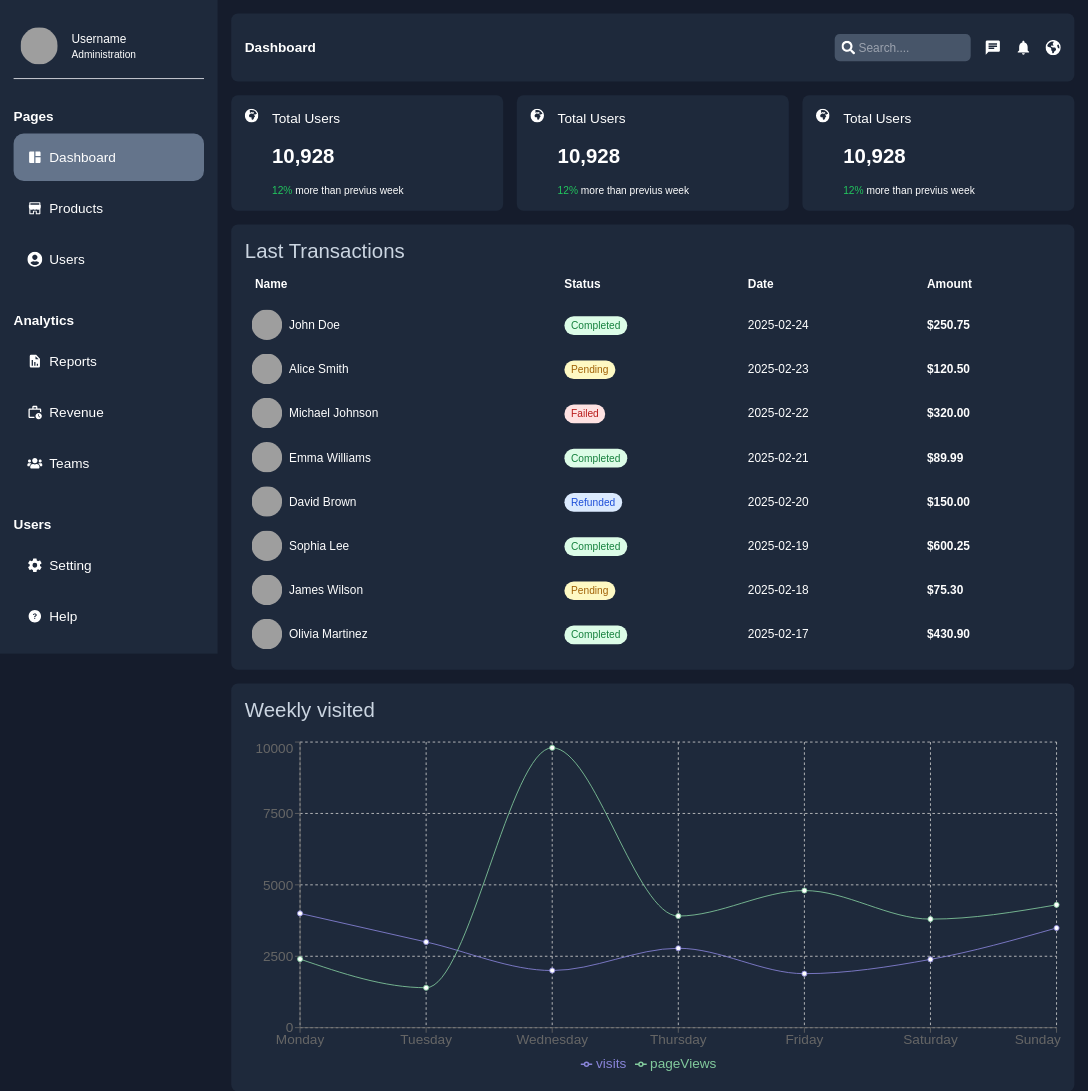
Repository: Than-sothearak/next-computer-admin
Page: /dashboard
These files come from the project's save history. The page is drawn as it stood at one moment and after the next save; the edit follows.
The browser window is 1280 px wide. The pictures show the whole page, at 85% of full size.
Pictures or frames that could not be fetched are drawn as grey boxes. The project was rebuilt for these pictures with package versions that can differ from the ones it lists, and the page was loaded fresh each time. The framework's server and built-in components were replaced by stand-ins that run in the browser. Also part of the build but not shown: next.config.mjs.

Above is the page before, as saved 2025-02-24 23:12:40.

### app/layout.js
import { Geist, Geist_Mono } from "next/font/google";
import "./globals.css";

const geistSans = Geist({
  variable: "--font-geist-sans",
  subsets: ["latin"],
});

const geistMono = Geist_Mono({
  variable: "--font-geist-mono",
  subsets: ["latin"],
});

export const metadata = {
  title: "Computer shop admin",
  description: "Computer shop admin",
};

export default function RootLayout({ children }) {
  return (
    <html lang="en">
      <body
        className={`${geistSans.variable} ${geistMono.variable} antialiased`}
      >
        {children}
      </body>
    </html>
  );
}

### app/dashboard/layout.js
import { Navbar } from "@/components/dashboard/navbar/navbar";
import { Sidebar } from "@/components/dashboard/sidebar/sidebar";

export default function DashboardLayout({ children }) {
  return (
    <div className="flex">
      <div className="">
        <Sidebar />
      </div>
      <div className="w-full mt-4 mx-4">
        <Navbar />
        <div>{children}</div>
      </div>
    </div>
  );
}

### app/dashboard/page.js
import LineChartComponent from "@/components/LineChartComponent";
import Chart from "@/components/LineChartComponent";
import { latestTransactions } from "@/data/lastTransactions";
import { FaEarthAfrica } from "react-icons/fa6";
const DashboardPage = () => {

  const statusColors = {
    Completed: "bg-green-100 text-green-700",
    Pending: "bg-yellow-100 text-yellow-700",
    Failed: "bg-red-100 text-red-700",
    Refunded: "bg-blue-100 text-blue-700",
  };
  return (
 <>
    <div className="mt-4 rounded-lg flex max-sm:flex-wrap gap-4">
      <div className="w-full justify-start items-start flex gap-4 p-4 bg-slate-800 rounded-lg ">
        <div><FaEarthAfrica /></div>
        <div className="flex flex-col gap-4">
          <h2>Total Users</h2>
          <h1 className="text-2xl font-bold">10,928</h1>
          <p className="text-green-500 text-xs">12% <span className="text-white">more than previus week</span></p>
        </div>
      </div>

      <div className="w-full justify-start items-start flex gap-4 p-4 bg-slate-800 rounded-lg ">
        <div><FaEarthAfrica /></div>
        <div className="flex flex-col gap-4">
          <h2>Total Users</h2>
          <h1 className="text-2xl font-bold">10,928</h1>
          <p className="text-green-500 text-xs">12% <span className="text-white">more than previus week</span></p>
        </div>
      </div>

      <div className="w-full justify-start items-start flex gap-4 p-4 bg-slate-800 rounded-lg ">
        <div><FaEarthAfrica /></div>
        <div className="flex flex-col gap-4">
          <h2>Total Users</h2>
          <h1 className="text-2xl font-bold">10,928</h1>
          <p className="text-green-500 text-xs">12% <span className="text-white">more than previus week</span></p>
        </div>
      </div>

    </div>

    <div className="mt-4 rounded-lg bg-slate-800 p-4">
      <h1 className="text-2xl text-slate-300">Last Transactions</h1>
      <div>
      <table className="w-full rounded-lg overflow-hidden">
        <thead className="text-sm">
          <tr>
            <th className="p-3 text-left">Name</th>
            <th className="p-3 text-left">Status</th>
            <th className="p-3 text-left">Date</th>
            <th className="p-3 text-left">Amount</th>
          </tr>
        </thead>
        <tbody className="text-sm">
          {latestTransactions.map((transaction, index) => (
            <tr
              key={index}
              className=" transition-all"
            >
              <td className="p-2 flex gap-2 items-center"><img className="object-cover w-9 h-9 rounded-full " src="https://wac-cdn.atlassian.com/dam/jcr:ba03a215-2f45-40f5-8540-b2015223c918/Max-R_Headshot%20(1).jpg?cdnVersion=2574"/>{transaction.name}</td>
              <td className="p-3">
                <span
                  className={`px-2 py-1 rounded-full text-xs font-medium ${
                    statusColors[transaction.status] || "bg-gray-100 text-gray-700"
                  }`}
                >
                  {transaction.status}
                </span>
              </td>
              <td className="p-3">{transaction.date}</td>
              <td className="p-3 font-semibold">${transaction.amount.toFixed(2)}</td>
            </tr>
          ))}
        </tbody>
      </table>
      </div>
    </div>

    <LineChartComponent />
 </>


  );
};

export default DashboardPage;

### app/globals.css
@tailwind base;
@tailwind components;
@tailwind utilities;

:root {
    --bg: #151c2c;
    --bgSoft: #182237;
    --text: white;
    --textSoft: #b7bac1;
}

*{
    margin:  0;
    padding: 0;
    box-sizing: border-box;
    font-family:Arial, Helvetica, sans-serif
}

body {
    background-color: var(--bg);
    color: var(--text);
}

a {
    color: inherit;
    text-decoration: none;
}

### components/dashboard/navbar/navbar.js
import { FaSearch } from "react-icons/fa";
import { MdChat, MdNotifications } from "react-icons/md";
import { FaEarthAmericas } from "react-icons/fa6";
export const Navbar = () => {
  return (
    <div className="bg-slate-800 py-6 px-4 rounded-lg w-full flex justify-between items-center">
      <div>
        <h2 className="font-bold">Dashboard</h2>
      </div>
      <div className="flex gap-4 items-center">
        <div className="bg-slate-600 rounded-md w-40 flex relative items-center justify-start pl-2 gap-2 py-2">
          <FaSearch />
          <input
            type="text"
            placeholder="Search...."
            className="w-28 text-sm border-none outline-none ring-0 focus:ring-0 focus:outline-none bg-transparent absolute top-0 bottom-0 left-7 overflow-hidden"
          />
        </div>
        <div className="cursor-pointer"><MdChat size={20}/></div>
        <div className="cursor-pointer"><MdNotifications size={20}/></div>
        <div className="cursor-pointer"><FaEarthAmericas size={18}/></div>
      </div>
    </div>
  );
};

### components/dashboard/sidebar/sidebar.js
"use client"
import { useState } from "react";
import { analyticNavigation, pageNavigation, userNavigation } from "@/lib/navLinks";
import { SidebarList } from "@/components/SidebarList";
import { IoMdMenu } from "react-icons/io";
import { IoClose } from "react-icons/io5";
import { SidebarListMobile } from "@/components/SidebarListMobile";

export const Sidebar = () => {
  const [isOpen, setIsOpen] = useState(false);

  return (
    <>

      <div className="lg:hidden ml-4 mt-4">
        <button
          onClick={() => setIsOpen(true)}
          aria-label="Open Sidebar"
          title="Open Sidebar"
        >
          <IoMdMenu size={28} />
        </button>
      </div>
    {/* Mobile side */}
      <div className="lg:hidden ml-1 mt-4">
        <SidebarListMobile navList={pageNavigation}/>
        <SidebarListMobile navList={analyticNavigation} />
        <SidebarListMobile navList={userNavigation} />
      </div>


      <div
        className={`bg-slate-800 p-4 w-64 min-h-screen fixed top-0 left-0 z-50 transform transition-transform duration-300 ease-in-out
          ${isOpen ? "translate-x-0" : "-translate-x-full"} lg:translate-x-0 lg:static max-sm:w-full
        `}
      >

        <div className="flex justify-between items-center mb-4 lg:hidden">
          <span className="text-white text-lg font-semibold">Menu</span>
          <button
            onClick={() => setIsOpen(false)}
            aria-label="Close Sidebar"
            title="Close Sidebar"
            className="text-white"
          >
            <IoClose size={28} />
          </button>
        </div>


        <div className="cursor-pointer flex items-center gap-4 px-2 py-4 text-white">
          <img className="w-11 h-11 bg-cover rounded-full"src="https://static.vecteezy.com/system/resources/previews/005/544/718/non_2x/profile-icon-design-free-vector.jpg"/>
          <div className="">
            <h1 className="text-sm">Username</h1>
            <p className="text-xs">Administration</p>

          </div>

          </div>
          <hr />

        <SidebarList navList={pageNavigation} />
        <SidebarList navList={analyticNavigation} />
        <SidebarList navList={userNavigation} />
      </div>

      {/* Overlay (closes sidebar when clicked) */}
      {isOpen && (
        <div
          className="fixed inset-0 bg-black bg-opacity-50 lg:hidden"
          onClick={() => setIsOpen(false)}
        />
      )}
    </>
  );
};

### components/LineChartComponent.js
"use client"
import { LineChart, Line, XAxis, YAxis, CartesianGrid, Tooltip, Legend, ResponsiveContainer } from 'recharts';

const data = [
  {
    name: 'Monday',
    visits: 4000,
    pageViews: 2400,
    bounceRate: 2400,
  },
  {
    name: 'Tuesday',
    visits: 3000,
    pageViews: 1398,
    bounceRate: 2210,
  },
  {
    name: 'Wednesday',
    visits: 2000,
    pageViews: 9800,
    bounceRate: 2290,
  },
  {
    name: 'Thursday',
    visits: 2780,
    pageViews: 3908,
    bounceRate: 2000,
  },
  {
    name: 'Friday',
    visits: 1890,
    pageViews: 4800,
    bounceRate: 2181,
  },
  {
    name: 'Saturday',
    visits: 2390,
    pageViews: 3800,
    bounceRate: 2500,
  },
  {
    name: 'Sunday',
    visits: 3490,
    pageViews: 4300,
    bounceRate: 2100,
  },
];



export default function LineChartComponent() {
    return (
      <div className='mt-4 p-4 bg-slate-800 rounded-lg'>
        <h1 className="text-2xl text-slate-300">Weekly visited</h1>
        <div className='mt-4'>
        <ResponsiveContainer width="100%" height={400}>
        <LineChart data={data}>
          <CartesianGrid strokeDasharray="3 3" />
          <XAxis dataKey="name" />
          <YAxis />
          <Tooltip />
          <Legend />
          <Line type="monotone" dataKey="visits" stroke="#8884d8" />
          <Line type="monotone" dataKey="pageViews" stroke="#82ca9d" />
        </LineChart>
      </ResponsiveContainer>
        </div>
      </div>
    );
  }

### data/lastTransactions.js
export const latestTransactions = [
    {
      name: "John Doe",
      status: "Completed",
      date: "2025-02-24",
      amount: 250.75,
    },
    {
      name: "Alice Smith",
      status: "Pending",
      date: "2025-02-23",
      amount: 120.50,
    },
    {
      name: "Michael Johnson",
      status: "Failed",
      date: "2025-02-22",
      amount: 320.00,
    },
    {
      name: "Emma Williams",
      status: "Completed",
      date: "2025-02-21",
      amount: 89.99,
    },
    {
      name: "David Brown",
      status: "Refunded",
      date: "2025-02-20",
      amount: 150.00,
    },
    {
      name: "Sophia Lee",
      status: "Completed",
      date: "2025-02-19",
      amount: 600.25,
    },
    {
      name: "James Wilson",
      status: "Pending",
      date: "2025-02-18",
      amount: 75.30,
    },
    {
      name: "Olivia Martinez",
      status: "Completed",
      date: "2025-02-17",
      amount: 430.90,
    },
  ];

### lib/navLinks.js
import { MdSpaceDashboard } from "react-icons/md";
import { AiFillShop } from "react-icons/ai"; // Replace with correct icon if needed
import { FaUserCircle, FaUsers } from "react-icons/fa";
import { BiSolidReport } from "react-icons/bi";
import { MdOutlineWorkHistory } from "react-icons/md";
import { IoSettingsSharp } from "react-icons/io5";
import { IoIosHelpCircle } from "react-icons/io";

export const pageNavigation = {
  name: "Pages",
  links: [ {
    path: "/dashboard",
    name: "Dashboard",
    icon: <MdSpaceDashboard size={18} />,
  },
  {
    path: "/dashboard/products",
    name: "Products",
    icon: <AiFillShop size={18} />,
  },
  {
    path: "/dashboard/users",
    name: "Users",
    icon: <FaUserCircle size={18} />,
  },]
}

export const analyticNavigation = {
  name: "Analytics",
  links: [
    {
      path: "/reports",
      name: "Reports",
      icon: <BiSolidReport size={18} />,
    },
    {
      path: "/revenue",
      name: "Revenue",
      icon: <MdOutlineWorkHistory size={18} />,
    },
    {
      path: "/dashboard/teams",
      name: "Teams",
      icon: <FaUsers size={18} />,
    },
  ]
}

export const userNavigation = {
  name: "Users",
  links: [
    {
      path: "/setting",
      name: "Setting",
      icon: <IoSettingsSharp size={18} />,
    },
    {
      path: "/help",
      name: "Help",
      icon: <IoIosHelpCircle size={18} />,
    },

  ]
}

  ;

### components/SidebarList.js
"use client"
import Link from 'next/link'
import { usePathname } from 'next/navigation';

export const SidebarList = ({navList}) => {
    const pathName = usePathname();
  return (
    <div className="mt-8 font-bold">
    {navList.name}
    <ul className="flex flex-col gap-1 mt-2 cursor-pointer">
      {navList.links.map((item) => (
        <Link
        title={item.name}
          href={item.path}
          key={item.path}
          className={`hover:bg-slate-700 flex gap-2 justify-start items-center ${
            pathName === item.path ? "bg-slate-500 hover:bg-slate-500" : "bg-balck "
          } rounded-xl px-4 py-4`}
        >
          <div>{item.icon}</div>
          <h2 className='font-normal'>{item.name}</h2>
        </Link>
      ))}
    </ul>
  </div>
  )
}

### components/SidebarListMobile.js
"use client"
import Link from 'next/link'
import { usePathname } from 'next/navigation';

export const SidebarListMobile = ({navList}) => {
    const pathName = usePathname();
  return (
    <div className="mt-4">
    <ul className="flex flex-col gap-1 mt-2 cursor-pointer">
      {navList.links.map((item) => (
        <Link
        title={item.name}
          href={item.path}
          key={item.path}
          className={`flex gap-2 justify-start items-center hover:bg-slate-800 ${
            pathName === item.path ? "bg-slate-500 hover:bg-slate-500" : "bg-balck "
          } rounded-xl px-4 py-4`}
        >
          <div>{item.icon}</div>

        </Link>
      ))}
    </ul>
  </div>
  )
}

Loaded but not shown: tailwind.config.mjs (common file)

After the next save:
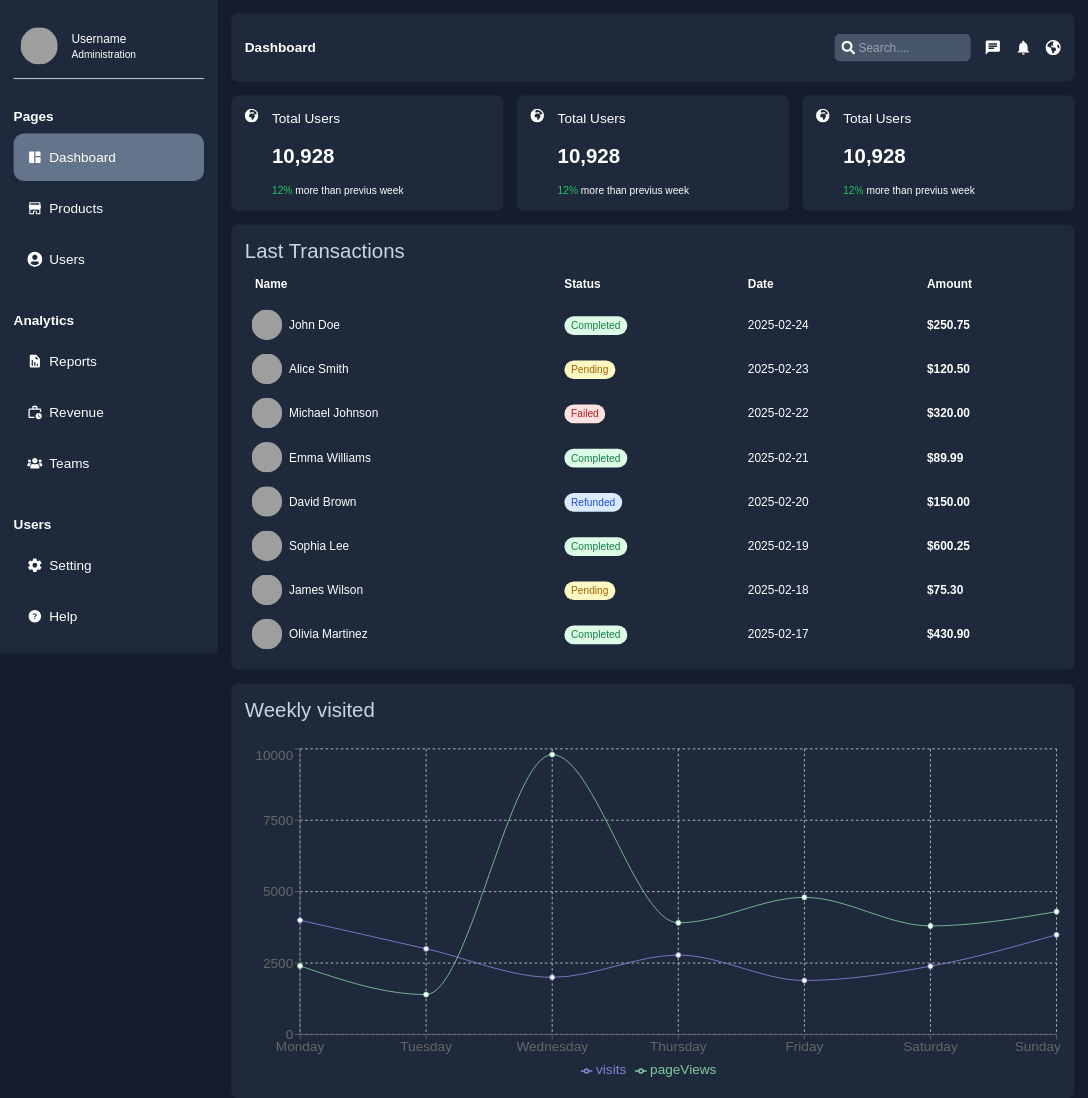
Saved 8 s later.
--- a/components/LineChartComponent.js
+++ b/components/LineChartComponent.js
@@ -52,7 +52,7 @@ export default function LineChartComponent() {
     return (
       <div className='mt-4 p-4 bg-slate-800 rounded-lg'>
         <h1 className="text-2xl text-slate-300">Weekly visited</h1>
-        <div className='mt-4'>
+        <div className='mt-6'>
         <ResponsiveContainer width="100%" height={400}>
         <LineChart data={data}>
           <CartesianGrid strokeDasharray="3 3" />
